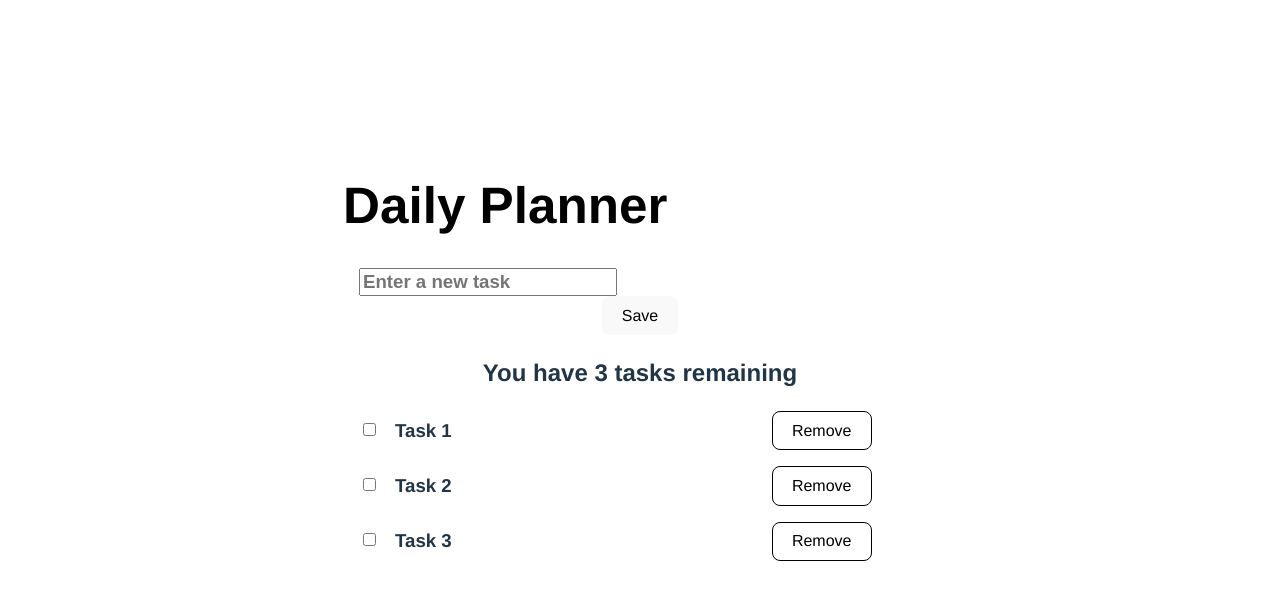
Repository: MonicaNguyenH/Frontend_Assignment6
Page: / (app in react/)
These files come from the project's save history. The page is drawn as it stood at one moment and after the next save; the edit follows.
The browser window is 1280 px wide. The pictures show the whole page.
The project was rebuilt for these pictures with package versions that can differ from the ones it lists, and the page was loaded fresh each time. Also part of the build but not shown: react/vite.config.js.

Above is the page before, as saved 2024-10-11 00:47:53.

### react/src/App.jsx
// import { useState } from 'react'
import { useState } from 'react';
import './App.css'
import Task from './components/Task'
import TaskForm from './components/TaskForm';

function App() {
  const [task, setTask] = useState([
    { id: 1, name: "Task 1", completed: false },
    { id: 2, name: "Task 2", completed: false },
    { id: 3, name: "Task 3", completed: false }
  ]);

  const addTask = (newTask) => {
    setTask([...task, {...newTask, completed: false}]); // add task incompleted by default
  };

  const toggleComplete = (taskId) => {
    const updatedTasks = task.map(task =>
      task.id === taskId ? { ...task, completed: !task.completed } : task // toggle task completed status
    );
    setTask(updatedTasks); // update the state with the new task list
  };

  const removeTask = (taskId) => {
    const updatedTasks = task.filter(task => task.id !== taskId);
    setTask(updatedTasks); // update the state without the removed task
  };

  // count remaining task
  const remainingTask = task.filter(task => !task.completed).length;

  return (
    <>
      <div className="main">
        <h1 className="header">Daily Planner</h1>
        <div>
          <TaskForm addTask={addTask} /> {/* Pass addTask to TaskForm */}
          <h2 className="counting">You have {remainingTask} task{remainingTask !== 1 ? 's' : ''} remaining</h2> {/* count remaining (more than 1 have 's') */}
          {task.map((task) => (
            <Task
              key={task.id}

              name={task.name}
              completed={task.completed}
              toggleComplete={toggleComplete}
              removeTask={() => removeTask(task.id)}
            />
          ))}
        </div>
      </div>
    </>
  )
}

export default App

### react/src/App.css
#root {
  max-width: 1280px;
  margin: 0 auto;
  padding: 2rem;
  text-align: center;

  font-family: Helvetica, sans-serif;
}

.main {

}

.header {
  color: black;
  text-align: left;
}


.task {
  display: flex;
  flex-direction: row;
  align-items: center;
  margin: 1em;

  width: 100%;
  min-width: 10rem;
}

#checkbox {
  margin-right: 1rem;
  width: 2em;
  height: 2rem;
  accent-color: pink;
}

#task-name {
  margin: 0 20rem 0 1rem;
  font-weight: bold;
  font-size: 14pt;
}

.task-delete {
  border: 1px solid black;
  background-color: white;
  border-radius: 15;
  cursor: pointer;
}

.task-delete:hover {
  border: 1px solid pink;
}

### react/src/components/Task.jsx
import { useState, useEffect, useRef } from "react";

export default function Task({name, toggleComplete, id, completed, removeTask}){

    // check box section
    // Ref for the checkbox and task name elements
    const checkboxRef = useRef(null);
    const taskNameRef = useRef(null);

    useEffect(() => {
        const checkbox = checkboxRef.current;
        const crossText = taskNameRef.current;

        if (checkbox&&crossText) {
            const handleCheckBoxChange = () => {
                toggleComplete(id); // call toggleComplete function passed from the parent to update task completion status
                if(checkbox.checked) {
                    crossText.style.textDecoration = "line-through";
                } else {
                    crossText.style.textDecoration = "none";
                }
            };

            checkbox.addEventListener("change", handleCheckBoxChange);

            // cleanup listener
            return () => {
                checkbox.removeEventListener("change", handleCheckBoxChange);
            };

        }
    }, [toggleComplete, id]);

    // remove button section
    const [visible, setVisible] = useState(true);

    // const removeTask = () => {
    //     setVisible(false);
    // };

    if (!visible) {
        return null;
    }

    return (
        <>
            <div className="task">
                <label htmlFor="checkbox">
                    <input
                        type="checkbox"
                        id={`checkbox-${id}`}
                        ref={checkboxRef}
                        checked={completed} // current taks status based on completion
                        onChange={() => toggleComplete(id)}
                    />
                </label>
                <p id="task-name" ref={taskNameRef}>{name}</p>
                <button
                    className="task-delete"
                    onClick={removeTask}>
                        Remove
                </button>
            </div>

        </>
    );
}

### react/src/components/TaskForm.jsx
import { useState } from "react";
import { nanoid } from 'nanoid';

// const taskTemplate = {
//     name: 'new task'
// };

export default function TaskForm({addTask}) {
    const [taskName, setTaskName] = useState(''); // state for the task input
    const [editing, setEditing] = useState(false); // editing task

    // form submission
    const handleSubmit = (e) => {
        e.preventDefault(); // the form submission will be handled by JavaScript instead of triggering a page refresh
        if (taskName.trim()) { // checks if the taskName (the text the user entered) is not an empty string after trimming whitespace
            addTask({
                id: nanoid(),
                name: taskName
            });
            setTaskName(''); // clear the input field
            //setEditing(false); // close the form after saving
        }
    }

    return (
        <>
            <form onSubmit={handleSubmit}>
                <div className="formContainer">
                    <input
                        id="task-name"
                        name="task-name"
                        type="text"
                        value={taskName}
                        onChange={(e) => setTaskName(e.target.value)}
                        placeholder="Enter a new task"
                    />
                </div>
                <div className="btn-group">
                    <button type="submit" className="btn-save">Save</button>
                </div>
            </form>
        </>
    )
}

Loaded but not shown: react/index.html (common file); react/src/main.jsx (common file); react/src/index.css (common file)

After the next save:
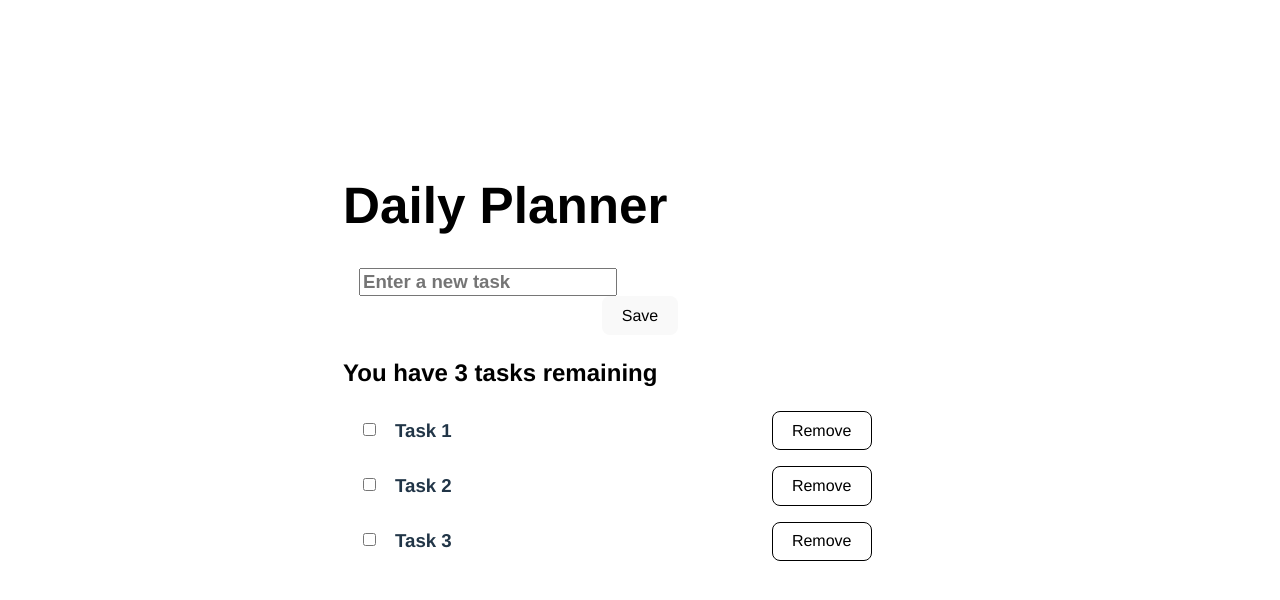
Saved 19 s later.
--- a/react/src/App.css
+++ b/react/src/App.css
@@ -12,6 +12,11 @@
 }
 
 .header {
+  color: black;
+  text-align: left;
+}
+
+.counting {
   color: black;
   text-align: left;
 }
